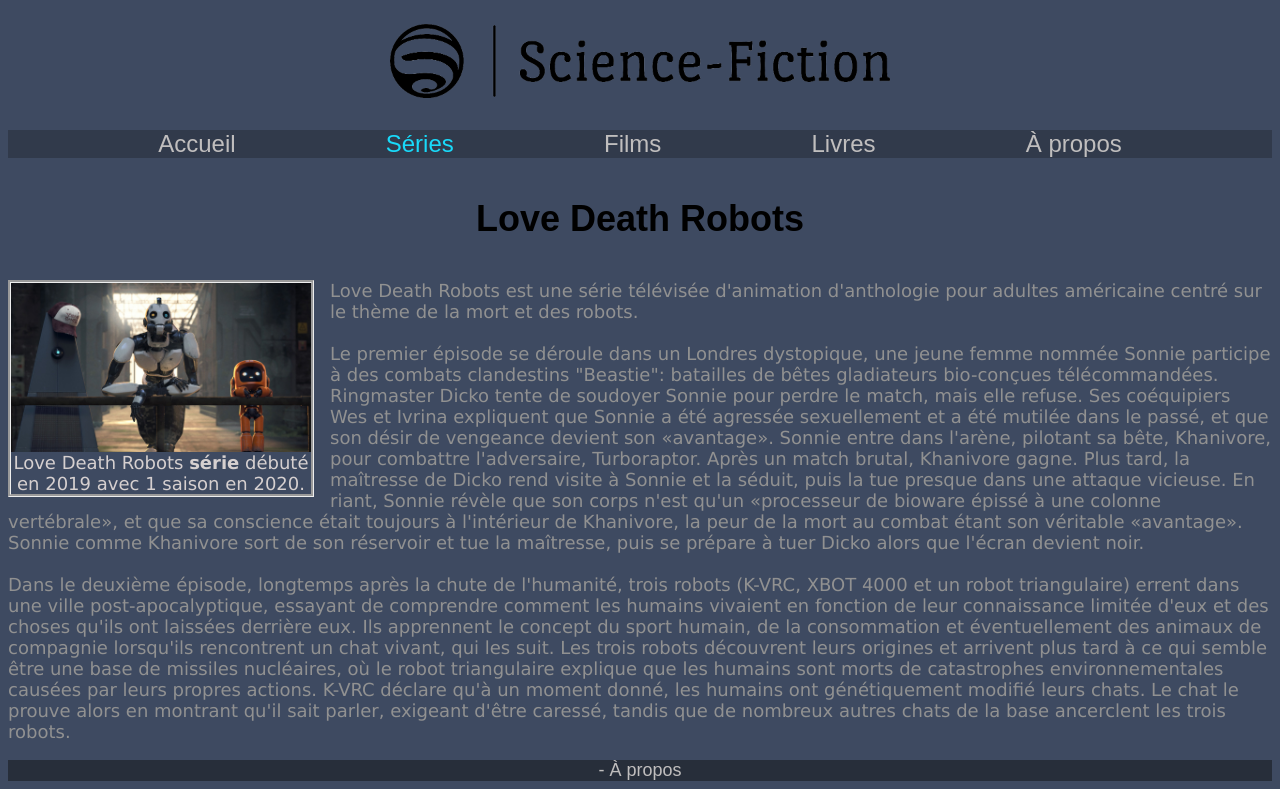
Repository: Emalios/Projet-Web
Page: html/series/love-death-robots.html
An editor plug-in stored every save of this project. The page is shown before and after the next save, followed by the edit.
The browser window is 1280 px wide. The pictures show the whole page.

Above is the page before, as saved 2020-11-11 20:49:34.

After the next save:
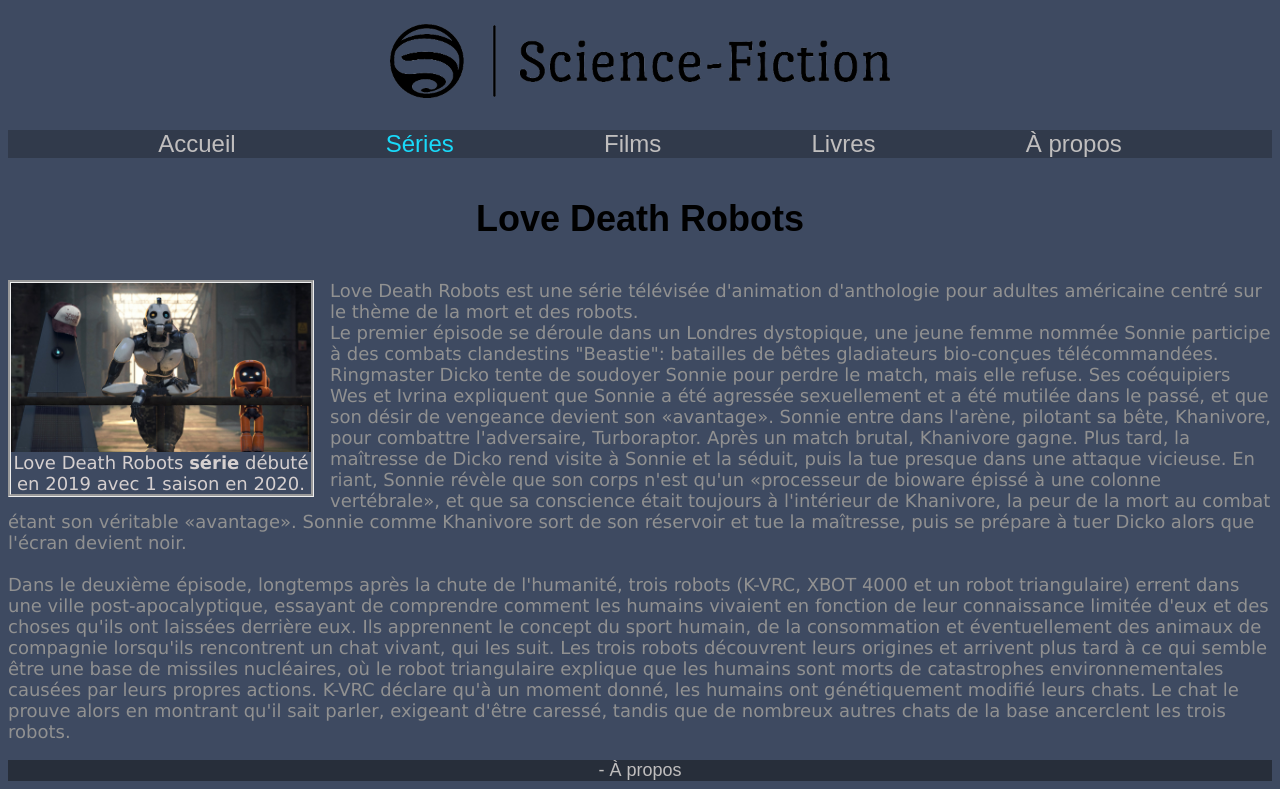
Saved 7 s later.
--- a/html/series/love-death-robots.html
+++ b/html/series/love-death-robots.html
@@ -28,7 +28,7 @@
     <figcaption class="description">Love Death Robots <b>série</b> débuté en 2019 avec 1 saison en 2020.</figcaption>
   </figure>
   <main>
-    <p class="resume">Love Death Robots est une série télévisée d'animation d'anthologie pour adultes américaine centré sur le thème de la mort et des robots.</br></br>
+    <p class="resume">Love Death Robots est une série télévisée d'animation d'anthologie pour adultes américaine centré sur le thème de la mort et des robots.<br>
 
       Le premier épisode se déroule dans un Londres dystopique, une jeune femme nommée Sonnie participe à des combats clandestins "Beastie": batailles de bêtes gladiateurs bio-conçues télécommandées. Ringmaster Dicko tente de soudoyer Sonnie pour
       perdre le match, mais elle refuse. Ses coéquipiers Wes et Ivrina expliquent que Sonnie a été agressée sexuellement et a été mutilée dans le passé, et que son désir de vengeance devient son «avantage». Sonnie entre dans l'arène, pilotant sa
